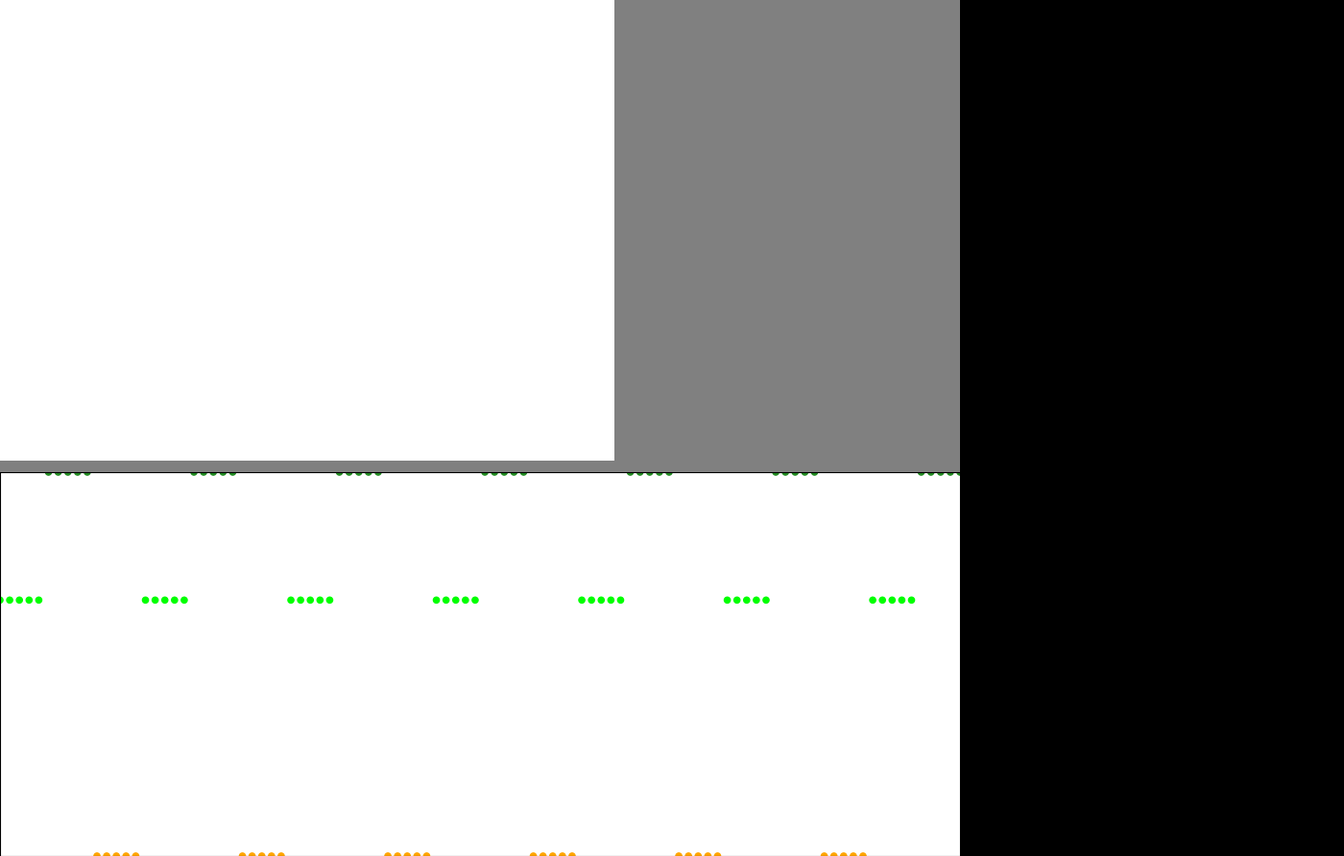
Repository: Carty-Bao/BNPHMM
Script's output: python code/synth.py
An editor plug-in stored every save of this project. The script's output is shown before and after the next save, followed by the edit.
The pictures are shown at 96% of full size.
Each picture stacks the figures in order, with grey between them; figures that are only written to a file come last. Figures wider than 1,400 px are first shrunk to that width. Random numbers start from a fixed seed.

Above is the script's output before, as saved 2022-08-18 10:29:28.

### code/synth.py
'''
author: Jiadi
Date: 2022.5.7
TODO: add parser
'''
import random
from math import ceil
import numpy as np
import pylab as P
from scipy.stats import entropy
# from torch import threshold

def _blob(x,y,area,colour):
    """
    Draws a square-shaped blob with the given area (< 1) at
    the given coordinates.
    """
    hs = np.sqrt(area) / 2
    xcorners = np.array([x - hs, x + hs, x + hs, x - hs])
    ycorners = np.array([y - hs, y - hs, y + hs, y + hs])
    P.fill(xcorners, ycorners, colour, edgecolor=colour)

def hinton(W, maxWeight=None):
    """
    Draws a Hinton diagram for visualizing a weight matrix.
    Temporarily disables matplotlib interactive mode if it is on,
    otherwise this takes forever.
    """
    reenable = False
    if P.isinteractive():
        P.ioff()
    P.clf()
    height, width = W.shape
    if not maxWeight:
        maxWeight = 2**np.ceil(np.log(np.max(np.abs(W)))/np.log(2))

    P.fill(np.array([0,width,width,0]),np.array([0,0,height,height]),'gray')
    P.axis('off')
    P.axis('equal')
    for x in range(width):
        for y in range(height):
            _x = x+1
            _y = y+1
            w = W[y,x]
            if w > 0:
                _blob(_x - 0.5, height - _y + 0.5, min(1,w/maxWeight),'white')
            elif w < 0:
                _blob(_x - 0.5, height - _y + 0.5, min(1,-w/maxWeight),'black')
    if reenable:
        P.ion()
    P.show()

def gen_alpha(type = 'jitter', K = 3):
    '''
    为HMM生成状态转移矩阵和HMM集群中心
    type:调制基形,以PRI为例,可选的调制基形:
    'jitter','stagger','slide','dwell'
    center:不同调制基形对应不同集群中心,如果不指定集群中心,默认中心个数=3

    默认均为一维变量
    '''

    if type == 'jitter':
        assert K==1, "K must be 1"
        alpha = np.eye(K)
    if type in ['stagger', 'agile', 'dwell']:
        alpha = np.eye(K)
        while(1 in np.diag(alpha)):
            np.random.shuffle(alpha)
    if type == 'slide':
        alpha = np.eye(K)
        alpha = np.vstack((alpha[1:],alpha[0]))
    # if type == 'dwell':
    #     tr = np.eye(K)
    #     while(1 in np.diag(tr)):
    #         np.random.shuffle(tr)
    #     alpha = 0.05*tr + np.eye(K)
    return alpha

def Non_ideal_HMM(N, K, XDim=1, mu_sd_factor=0, L=10, spur_ratio=0, miss_ratio=0,type='stagger', mu = None):
    '''N: number of observations
    K: number of discrete components
    XDim: dimensionality of observed data (default = 2)
    mu:HMM集群的中心值，如果没有制定就是[100, 110, 120,...]

    计算虚假脉冲和缺失脉冲个数'''

    spur_num = np.floor(spur_ratio * N)
    miss_num = np.floor(miss_ratio * N)
    N_unideal = int(N + spur_num + miss_num)
    X = np.zeros((N_unideal,XDim))
    Y = np.zeros((N_unideal,L))
    z = np.zeros(K)#记录上一个状态
    Z = np.zeros((N_unideal, 1))
    alpha = gen_alpha(type=type, K=K)

    beta = 0.1 #intial dist params.
    pik = np.random.dirichlet(beta*np.ones(K)) #distribution over initial state p(l_0)
    A = alpha / np.reshape(alpha.sum(axis=1),(K,1))#把alpha归一化
    # mu = np.array([np.random.multivariate_normal(np.zeros(XDim),20*np.eye(XDim)) for _ in range(K)]) #每个类别的均值
    if mu == None:
        mu = np.array([[100+10*i] for i in range(K)])
        mu_init = mu.copy()
    else:
        mu = np.array([mu])
        print(mu)
        mu = mu.T
        mu_init = mu.copy()
    C = np.array([mu_sd_factor*np.eye(XDim) for _ in range(K)])#每个类别的方差
    pr_y = np.array([np.random.dirichlet(0.1*np.ones(L)) for _ in range(K)])#每个类别的可能性的先验概率
    #draw observations:
    n = 0
    bound = X.shape[0]
    while(n<=bound):
        #draw latent component:
        if n==0:
            z = np.random.multinomial(1, pik)
        else:
            prev_z = z.argmax()
            z = np.random.multinomial(1,A[prev_z,:])
        z_n = z.argmax()#记录下一个状态
        if np.random.choice(2, 1, p=[1 - miss_ratio, miss_ratio]) and type is not 'dwell':#缺失脉冲
            X = np.delete(X, n, axis=0)
            Y = np.delete(Y, n, axis=0)
            Z = np.delete(Z, n, axis=0)
            continue
        if np.random.choice(2, 1, p=[1 - spur_ratio, spur_ratio]) and type is not 'dwell':#虚假脉冲
            spur_value = np.random.uniform(low=min(mu),high=max(mu),size=1)
            X[n,:] = np.random.multivariate_normal(spur_value, C[z_n,:,:])
            # Z[n,:] = abs(mu-spur_value).argmin()
            Z[n,:] = K+1
            n+=1
        if type=='dwell':
            for dns in range(5):
                if np.random.choice(2, 1, p=[1 - miss_ratio, miss_ratio]):#缺失脉冲
                    X = np.delete(X, n, axis=0)
                    Y = np.delete(Y, n, axis=0)
                    Z = np.delete(Z, n, axis=0)
                    continue
                if np.random.choice(2, 1, p=[1 - spur_ratio, spur_ratio]):#虚假脉冲
                    spur_value = np.random.uniform(low=min(mu),high=max(mu),size=1)
                    X[n,:] = np.random.multivariate_normal(spur_value, C[z_n,:,:])
                    # Z[n,:] = abs(mu-spur_value).argmin()
                    Z[n,:] = K+1
                    n+=1
                X[n,:] = np.random.multivariate_normal(mu[z_n,:], C[z_n,:,:])
                Y[n,:] = np.random.multinomial(1,pr_y[z_n,:])
                Z[n,:] = z_n
                bound = X.shape[0]-1
                n+=1
                if n>bound:
                    break
        else:
            X[n,:] = np.random.multivariate_normal(mu[z_n,:], C[z_n,:,:])
            if type == 'agile':
                Z[n,:] = np.where(mu_init == mu[z_n,:])[0]
            if (n+1) % K == 0 and type=='agile':
                np.random.shuffle(mu)

        if type !='dwell':
            Y[n,:] = np.random.multinomial(1,pr_y[z_n,:])
            if type != 'agile':
                Z[n,:] = z_n
            n+=1
            bound = X.shape[0]-1
    #返回每个类别的均值
    return X,Y,Z,mu

def workmode_cat(nums = None, Ks = None, mus = None, XDim=1, mu_sd_factor = 0, spur_ratio = 0, miss_ratio = 0, types = None):
    '''
    将生成的数据拼接
    nums Ks types均为列表 长度相同
    '''
    seq_num = len(nums)
    assert len(Ks) == seq_num, "Do not have enough Ks"
    assert len(types) == seq_num, "Do not have enough types"
    assert len(mus) == seq_num, "Do not have enough mus"

    X = None
    Z = None
    mus_grd = None
    paras = zip(nums, Ks, mus, types)
    for para in paras:
        session, _, labels, mu_grd = Non_ideal_HMM(N=para[0], K=para[1],mu = para[2], XDim=XDim, mu_sd_factor=mu_sd_factor, spur_ratio=spur_ratio, miss_ratio=miss_ratio,type=para[3])
        if X is None and mus_grd is None:
            X = session
            Z = labels
            mus_grd = mu_grd
        else:
            X = np.vstack((X, session))
            Z = np.vstack((Z, labels))
            mus_grd = np.vstack((mus_grd, mu_grd))
    return X, Z, mus_grd

def center_compare(center1, center2, threshold):
    '''
    比较两个集群中心
    '''
    diff = np.array([])
    for num in center1:
        diff = np.append(diff,min(abs(num-center2)))
    change = diff.sum()/diff.shape[0] > threshold
    cusum =  float(diff.sum())/diff.shape[0]
    return change,threshold #1是手动设置阈值

def trans_compare(A_1, A_2, mu_1, mu_2,threshold=1):
    def trans(A, order):
        N = len(order)
        # print(order)
        new_matrix = np.zeros((N,N))
        for i, row in enumerate(order):
            for j, col in enumerate(order):
                try:
                    new_matrix[row][col] = A[i][j]
                except IndexError:
                    if A.shape[0] < N:#A_1<A_2,填上0
                        new_matrix[row][col] = 0.1
                    # else:

        return new_matrix

    def trans_order(mu_1,mu_2):
        order = []
        N = len(mu_1)
        minus_dis = []
        for mu in mu_1:
            minus = mu_2 - mu
            order.append(np.argmin(abs(minus)))
            minus_dis.append(np.min(abs(minus)))
        return order

    order = trans_order(mu_1,mu_2)
    A2_new = trans(A_2,order)
    e = 0
    for index in range(len(order)):
        e += entropy(A_1[index], A2_new[index])
    change = e > threshold
    cusum = e
    return change, cusum

if __name__=="__main__":

    import matplotlib as mpl
    mpl.use('TkAgg')
    import matplotlib.pyplot as plt
    import pandas as pd
    np.set_printoptions(threshold=np.inf)
    plt.rc('font',family='Times New Roman')

    #数据生成
    N, K_grnd, K = 100, 5, 10
    X1, _, Z, mu_grd = Non_ideal_HMM(N, K_grnd, mu_sd_factor= 0, spur_ratio=0., miss_ratio=0,type='dwell')

    # Ns = [100,150,180]
    # Ks = [4,5,6]
    # types = ['stagger','slide','stagger']
    # X, mu_grd = workmode_cat(nums=Ns, Ks=Ks, mu_sd_factor=0, spur_ratio=0, miss_ratio=0, types=types)
    pulse = []
    labels = []
    for p, z in zip(X1,Z):
        labels.append(int(z))
        pulse.append(int(p))

    data = [range(len(pulse)),pulse,labels]
    data = zip(*data)
    df = pd.DataFrame(data,columns=['index','X','Z'])
    print(df.head())

    #颜色赋值
    col = []
    colors = ['#FF0000', '#FFA500', '#FFFF00', '#00FF00', '#228B22']
    for i in range(0, len(labels)):
        col.append(colors[int(labels[i])])



    # plt.figure(dpi=150,figsize=(16,5))
    # plt.xlabel("PRI index")
    # plt.ylabel("PRI value")
    # plt.title("agile PRI")
    plt.axis('off')
    # plt.plot(range(len(X1)), X1, markersize=6, marker='*',c=col)
    df.plot.scatter('index', 'X', c=col, figsize=(10,4))

    # plt.plot(Z+120)
    plt.subplots_adjust(top = 1, bottom = 0, right = 1, left = 0, hspace = 0, wspace = 0)
    plt.margins(0,0)
    plt.show()
    # plt.savefig("genworkmode/dwell.png", transparent=True, dpi=300, pad_inches = 0)

After the next save:
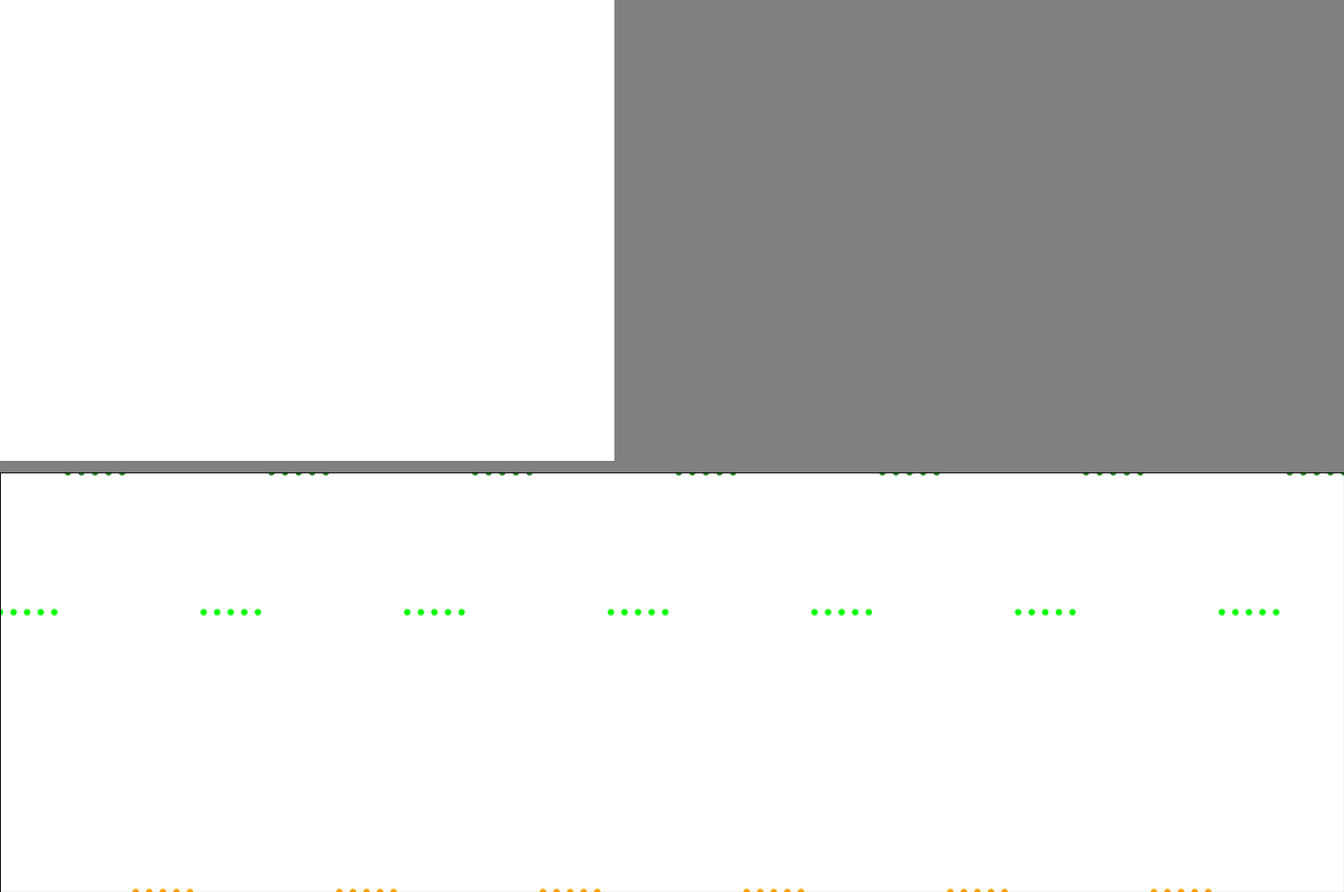
Saved 9 s later.
--- a/code/synth.py
+++ b/code/synth.py
@@ -280,7 +280,7 @@ if __name__=="__main__":
     # plt.title("agile PRI")
     plt.axis('off')
     # plt.plot(range(len(X1)), X1, markersize=6, marker='*',c=col)
-    df.plot.scatter('index', 'X', c=col, figsize=(10,4))
+    df.plot.scatter('index', 'X', c=col, figsize=(16,5))
 
     # plt.plot(Z+120)
     plt.subplots_adjust(top = 1, bottom = 0, right = 1, left = 0, hspace = 0, wspace = 0)
